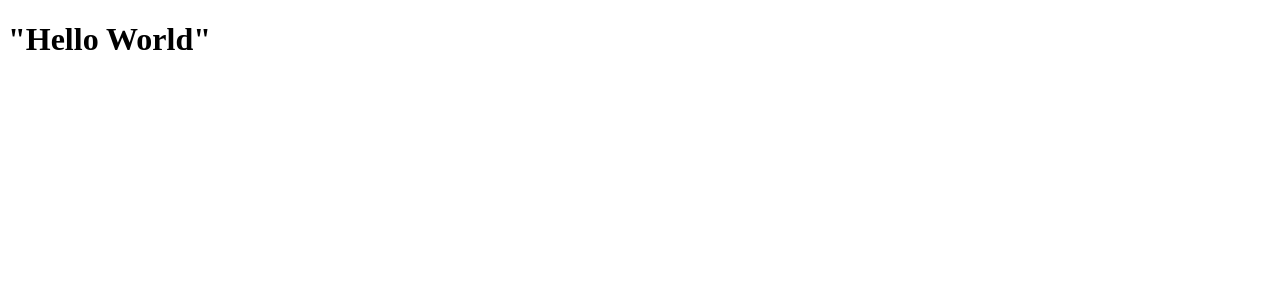
Repository: BrandonBlackwell/CodeRed-Project
Page: index.html
These files come from the project's save history. The page is drawn as it stood at one moment and after the next save; the edit follows.
The browser window is 1280 px wide. The pictures show the whole page.

Above is the page before, as saved 2022-10-29 18:01:00.

### index.html
<!-- Logo -->
<!DOCTYPE html>
<html lang="en">
  <head>
    <meta charset="UTF-8" />
    <meta http-equiv="X-UA-Compatible" content="IE=edge" />
    <meta name="viewport" content="width=device-width, initial-scale=1.0" />
    <title>"The Middle Man"</title>
    <link rel="stylesheet" href="styles.css" type="text/css" />
  </head>
  <body>
    <h1>"Hello World"</h1>
  </body>
</html>

### styles.css
.Header {
  background-color: yellow;
}

After the next save:
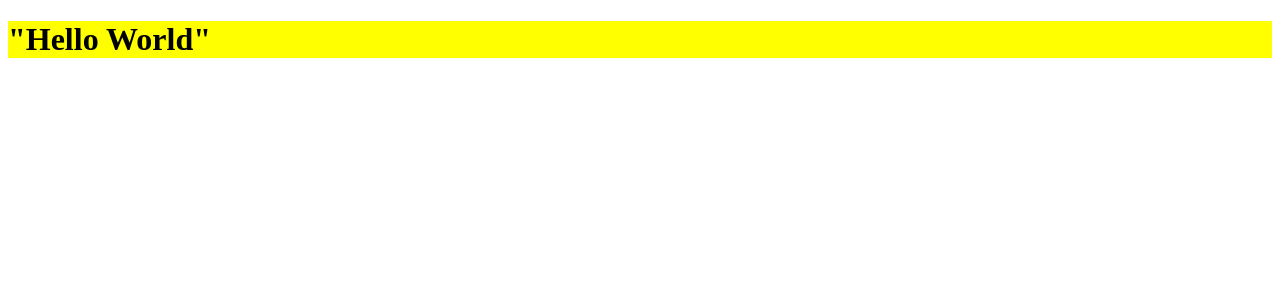
Saved 3 min 59 s later.
--- a/index.html
+++ b/index.html
@@ -9,6 +9,6 @@
     <link rel="stylesheet" href="styles.css" type="text/css" />
   </head>
   <body>
-    <h1>"Hello World"</h1>
+    <h1 class="Header">"Hello World"</h1>
   </body>
 </html>
